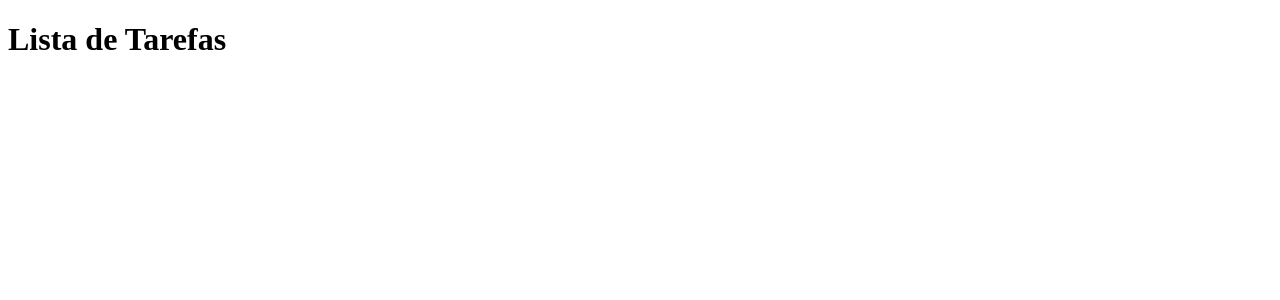
Repository: FellipeMiguel/lista-de-tarefas
Page: /
The author's editor kept a copy of each file at every save. The page is drawn from the files as they stood at one save, then again after the next save.
The browser window is 1280 px wide. The pictures show the whole page.
The project was rebuilt for these pictures with package versions that can differ from the ones it lists, and the page was loaded fresh each time. Also part of the build but not shown: src/App.css.

Above is the page before, as saved 2023-06-14 22:42:47.

### src/index.js
import React from "react"
import ReactDOM from "react-dom/client"

import App from "./App"

const root = ReactDOM.createRoot(document.getElementById("root"))
root.render(
  <React.StrictMode>
    <App />
  </React.StrictMode>,
)

### src/App.js
import Main from "./components/Main"
import "./App.css"

function App() {
  return <Main />
}

export default App

### src/components/Main.js
import React, { Component } from "react"

export default class Main extends Component {
  constructor(props) {
    super(props)

    this.state = {}
  }

  render() {
    return (
      <div className="main">
        <h1>Lista de Tarefas</h1>
      </div>
    )
  }
}

Loaded but not shown: public/index.html (common file)

After the next save:
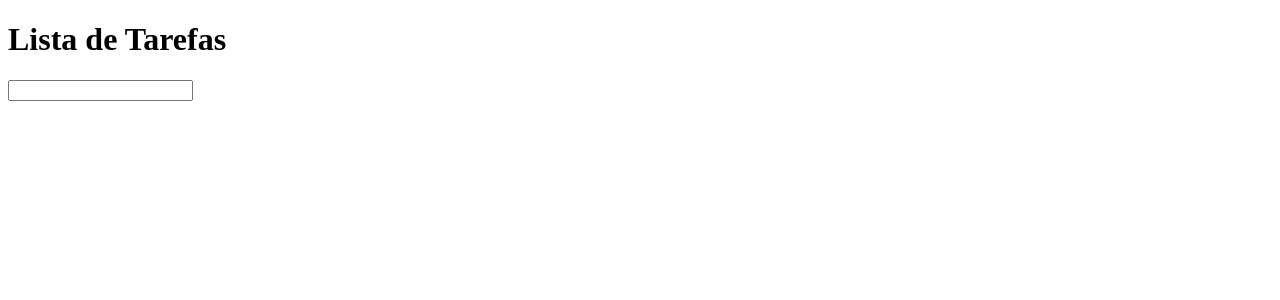
Saved 47 s later.
--- a/src/components/Main.js
+++ b/src/components/Main.js
@@ -11,6 +11,10 @@ export default class Main extends Component {
     return (
       <div className="main">
         <h1>Lista de Tarefas</h1>
+
+        <form action="#">
+          <input type="text" name="task" />
+        </form>
       </div>
     )
   }
